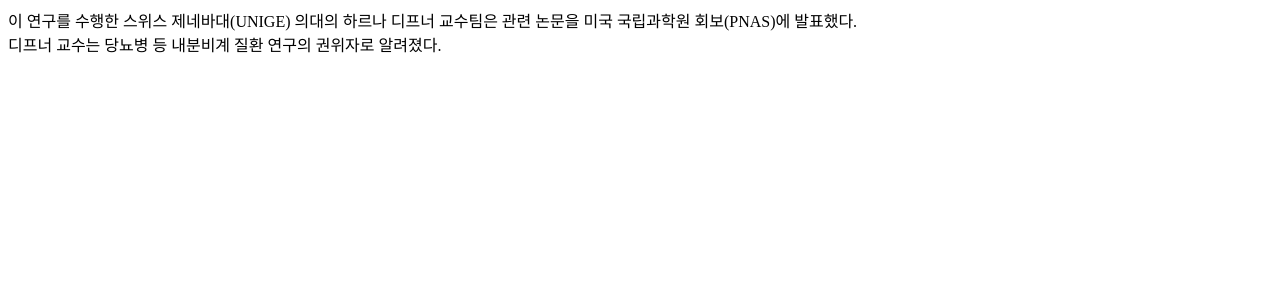
Repository: Rummikub/DBStudy
Page: HTMLProject2/WebContent/HTML/EXAM2.html
These files come from the project's save history. The page is drawn as it stood at one moment and after the next save; the edit follows.
The browser window is 1280 px wide. The pictures show the whole page.

Above is the page before, as saved 2020-02-04 06:33:10.

After the next save:
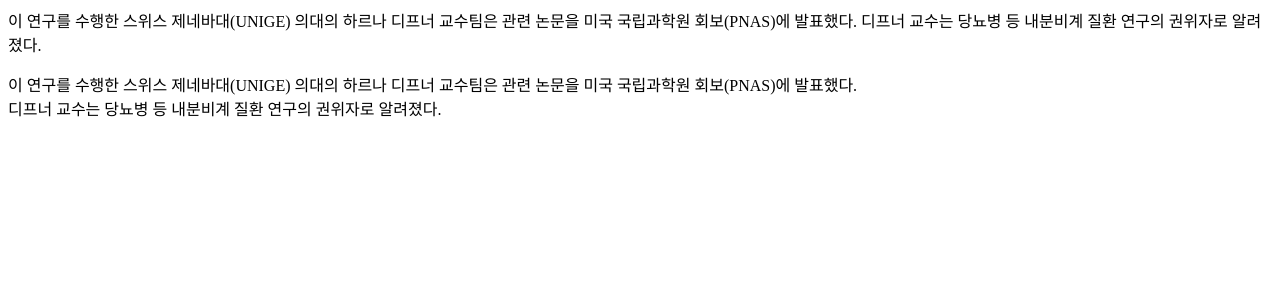
Saved 3 min 3 s later.
--- a/HTMLProject2/WebContent/HTML/EXAM2.html
+++ b/HTMLProject2/WebContent/HTML/EXAM2.html
@@ -9,7 +9,9 @@
 <title>Insert title here</title>
 </head>
 <body>
-    이 연구를 수행한 스위스 제네바대(UNIGE) 의대의 하르나 디프너 교수팀은 관련 논문을 미국 국립과학원 회보(PNAS)에 발표했다. <br>
+    이 연구를 수행한 스위스 제네바대(UNIGE) 의대의 하르나 디프너 교수팀은 관련 논문을 미국 국립과학원 회보(PNAS)에 발표했다.
+    디프너 교수는 당뇨병 등 내분비계 질환 연구의 권위자로 알려졌다.
+    <p> 이 연구를 수행한 스위스 제네바대(UNIGE) 의대의 하르나 디프너 교수팀은 관련 논문을 미국 국립과학원 회보(PNAS)에 발표했다.<br>
     디프너 교수는 당뇨병 등 내분비계 질환 연구의 권위자로 알려졌다.
 </body>
 </html>
